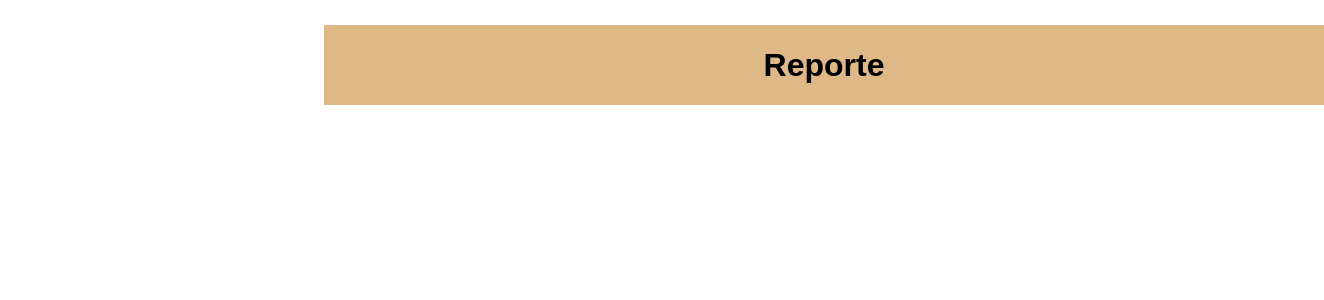
Repository: nathanvdev/LFP_PR_202001568
Page: plantilla.html
The author's editor kept a copy of each file at every save. The page is drawn from the files as they stood at one save, then again after the next save.
The browser window is 1280 px wide. The page is 1324 px wide, so the pictures cover 1324 px, including what lies to the right of the window. The pictures show the whole page.

Above is the page before, as saved 2022-02-19 18:41:17.

After the next save:
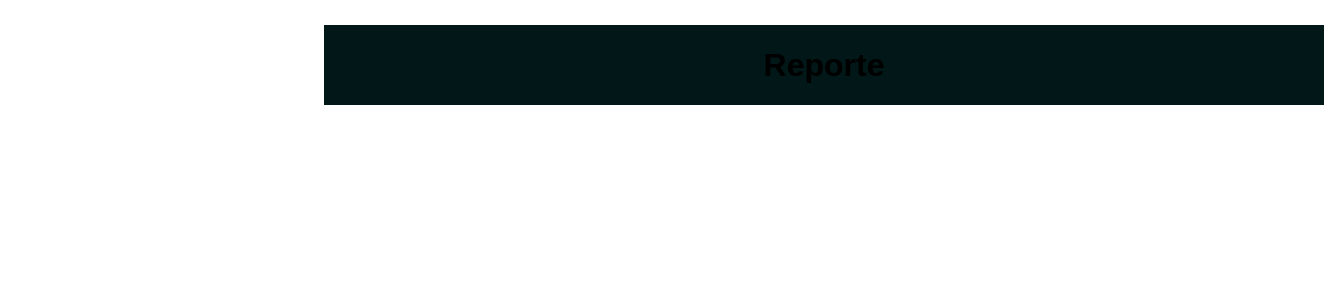
Saved 46 s later.
--- a/plantilla.html
+++ b/plantilla.html
@@ -12,7 +12,7 @@
         font-family: sans-serif;
     }
     .contenedor{
-        background-color: burlywood;
+        background-color: rgb(2, 23, 23);
         height: 80px;
         width: 1000px;
         margin: 2%;
